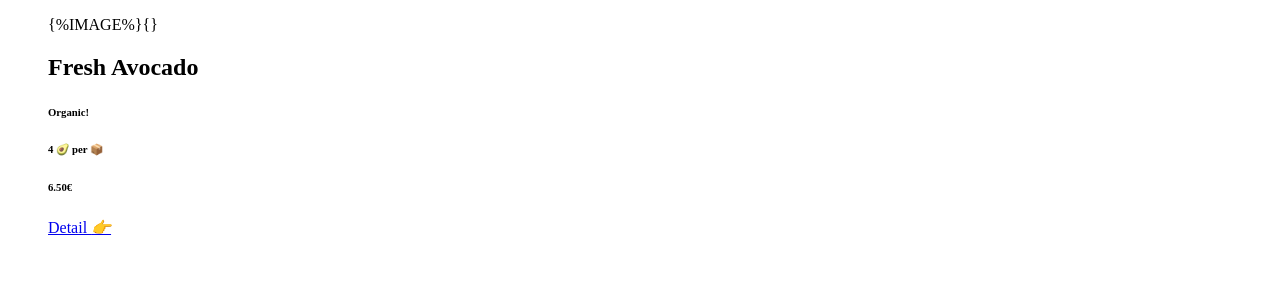
Repository: Tiantian-C/node2
Page: templates/template-card.html
An editor plug-in stored every save of this project. The page is shown before and after a run of saves, followed by the edit.
The browser window is 1280 px wide. The pictures show the whole page.

Above is the page before, as saved 2023-07-15 15:43:25.

### templates/template-card.html
<figure class="card">
  <div class="card__emoji">{%IMAGE%}{}</div>

  <div class="card__title-box">
    <h2 class="card__title">Fresh Avocado</h2>
  </div>

  <div class="card__details">
    <div class="card__detail-box">
      <h6 class="card__detail card__detail--organic">Organic!</h6>
    </div>

    <div class="card__detail-box">
      <h6 class="card__detail">4 🥑 per 📦</h6>
    </div>

    <div class="card__detail-box">
      <h6 class="card__detail card__detail--price">6.50€</h6>
    </div>
  </div>

  <a class="card__link" href="#">
    <span>Detail <i class="emoji-right">👉</i></span>
  </a>
</figure>

After the next 2 saves:
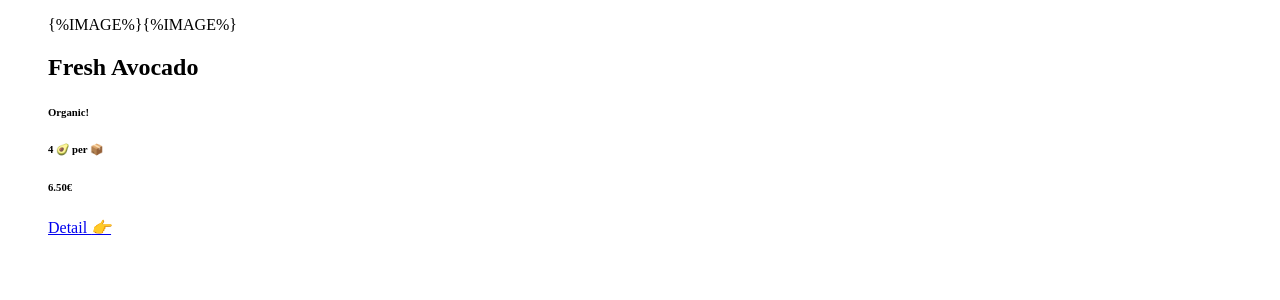
The 2 saves are shown as one change because they came seconds apart.
The last was saved 9 s later.
--- a/templates/template-card.html
+++ b/templates/template-card.html
@@ -1,5 +1,5 @@
 <figure class="card">
-  <div class="card__emoji">{%IMAGE%}{}</div>
+  <div class="card__emoji">{%IMAGE%}{%IMAGE%}</div>
 
   <div class="card__title-box">
     <h2 class="card__title">Fresh Avocado</h2>
